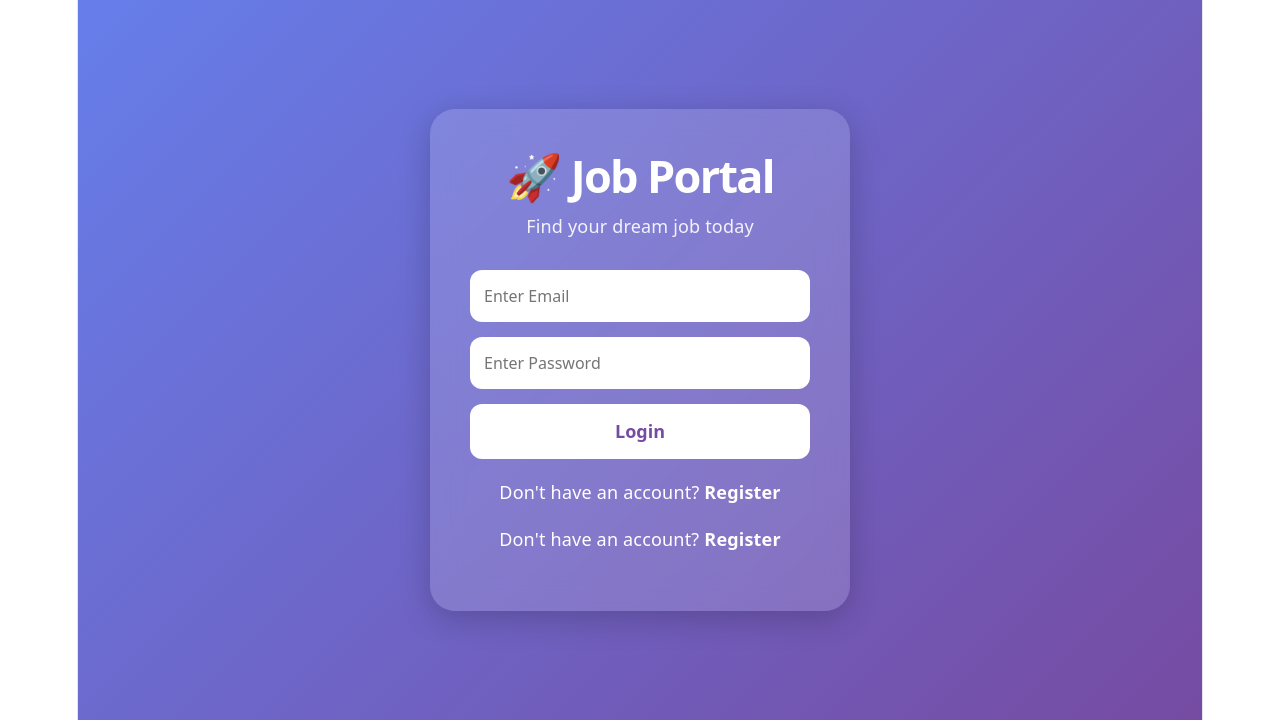
Repository: vijaymp1214/Job-Portal-Management-System
Page: / (app in frontend/)
The author's editor kept a copy of each file at every save. The page is drawn from the files as they stood at one save, then again after the next save.
The browser window is 1280 px wide. The pictures show the whole page.
The project was rebuilt for these pictures with package versions that can differ from the ones it lists, and the page was loaded fresh each time. Also part of the build but not shown: frontend/vite.config.js, frontend/src/pages/Register.jsx.

Above is the page before, as saved 2026-05-30 13:36:24.

After the next save:
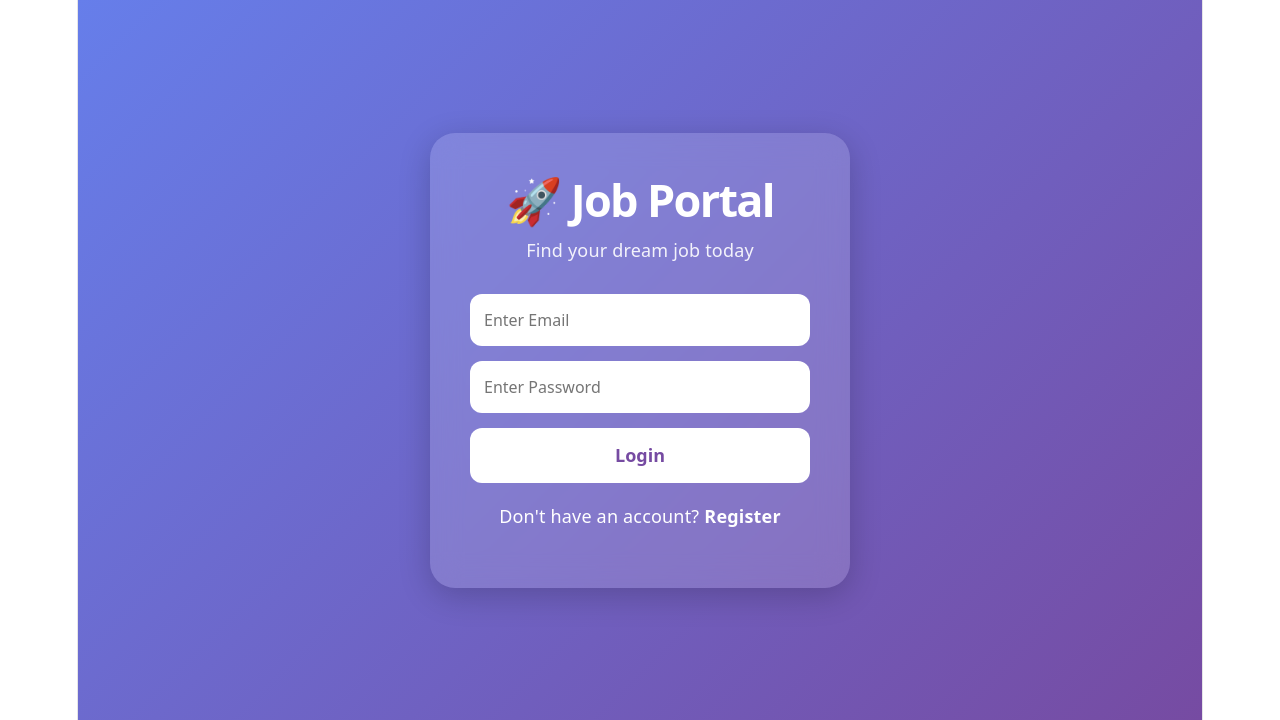
Saved 62 s later.
--- a/frontend/src/pages/Login.jsx
+++ b/frontend/src/pages/Login.jsx
@@ -30,10 +30,7 @@ function Login() {
           Login
         </button>
 
-        <p className="register-text">
-          Don't have an account?
-          <span> Register</span>
-        </p>
+
        <p className="register-text">
          Don't have an account?
          <Link
